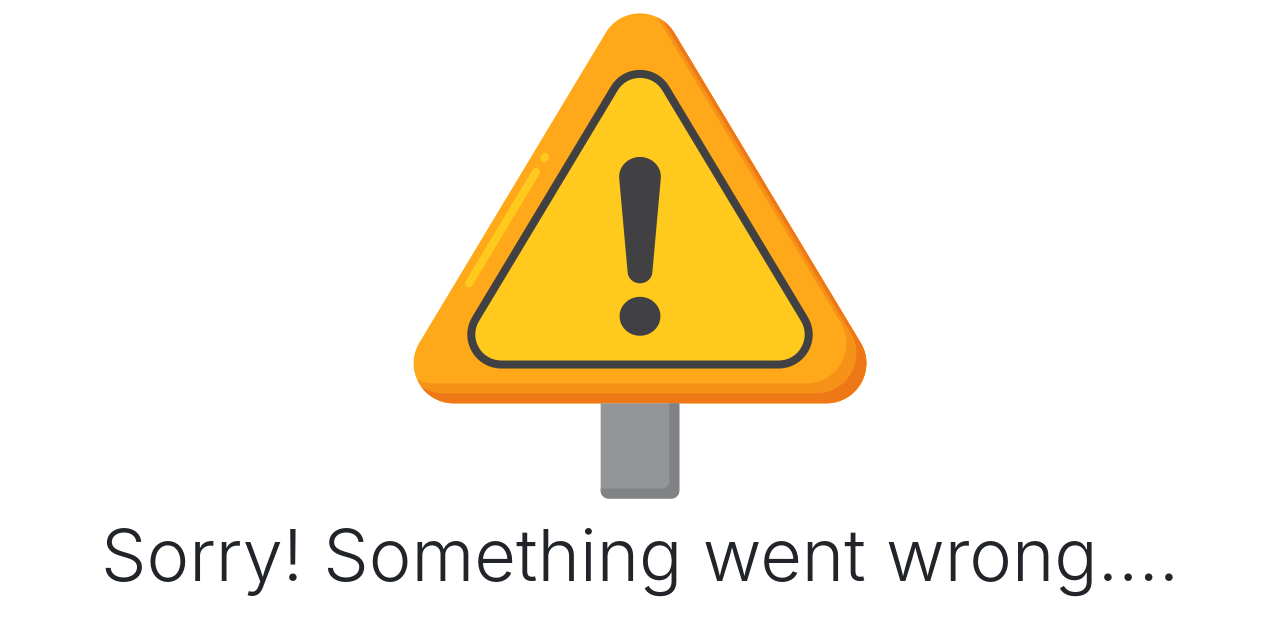
Repository: SanaQureshi27/Servlet-projects
Page: http://localhost/CodeVerse/ErrorPage.jsp
An editor plug-in stored every save of this project. The page is shown before and after the next save, followed by the edit.
The browser window is 1280 px wide. The pictures show the whole page.
The page is served by Tomcat 9.

Above is the page before, as saved 2025-03-20 01:58:42.

After the next save:
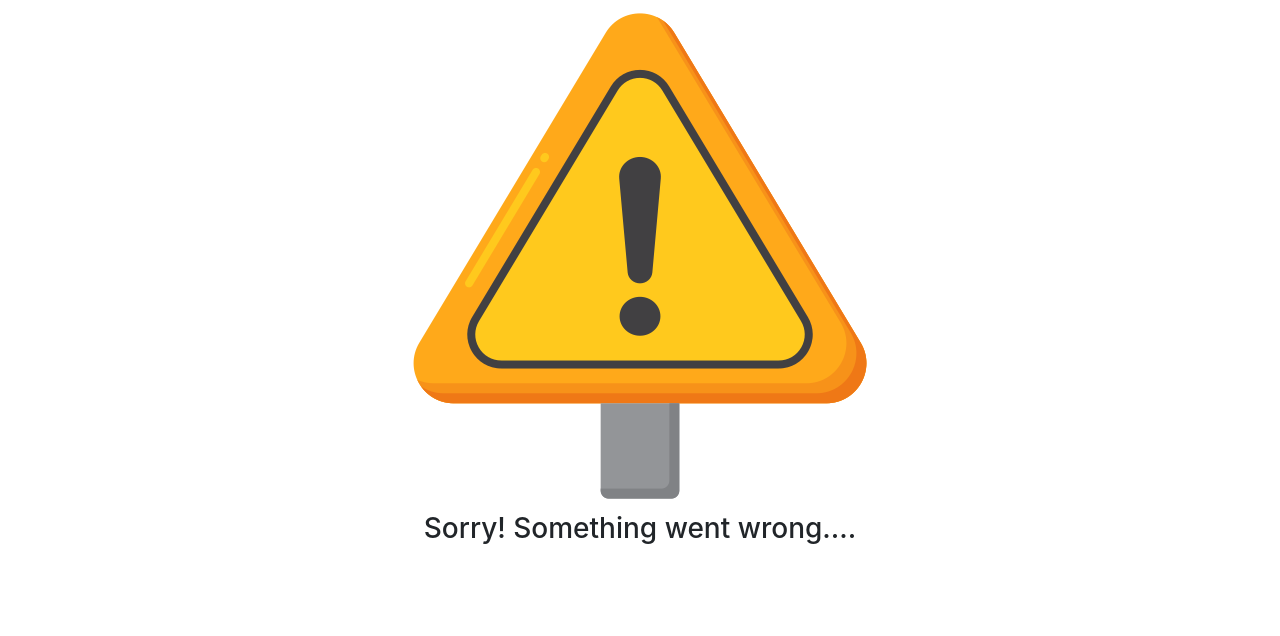
Saved 105 s later.
--- a/CodeVerse/src/main/webapp/ErrorPage.jsp
+++ b/CodeVerse/src/main/webapp/ErrorPage.jsp
@@ -18,7 +18,7 @@
 
 	<div class="container" align="center">
 	 <img src="img/caution.png" class="img-fluid">
-		<h3 class="display-3">Sorry! Something went wrong....</h3>
+		<h3>Sorry! Something went wrong....</h3>
 	</div>
 </body>
 </html>
